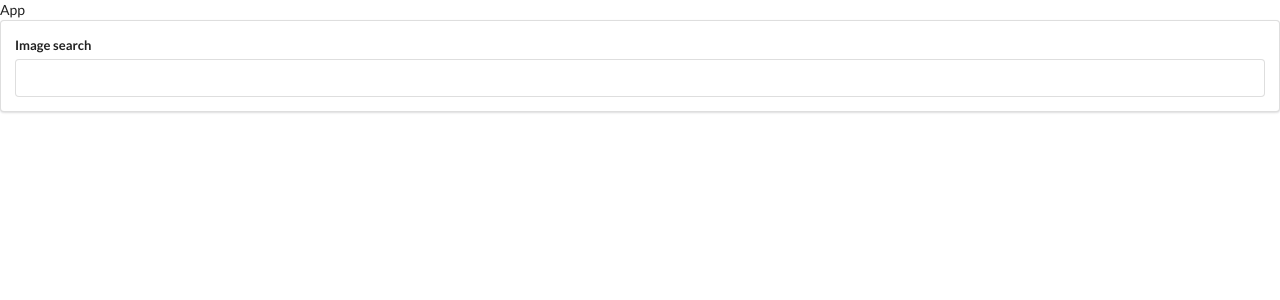
Repository: striver-69/Image-App
Page: /
An editor plug-in stored every save of this project. The page is shown before and after the next save, followed by the edit.
The browser window is 1280 px wide. The pictures show the whole page.
The project was rebuilt for these pictures with package versions that can differ from the ones it lists, and the page was loaded fresh each time.

Above is the page before, as saved 2021-03-03 01:36:41.

After the next save:
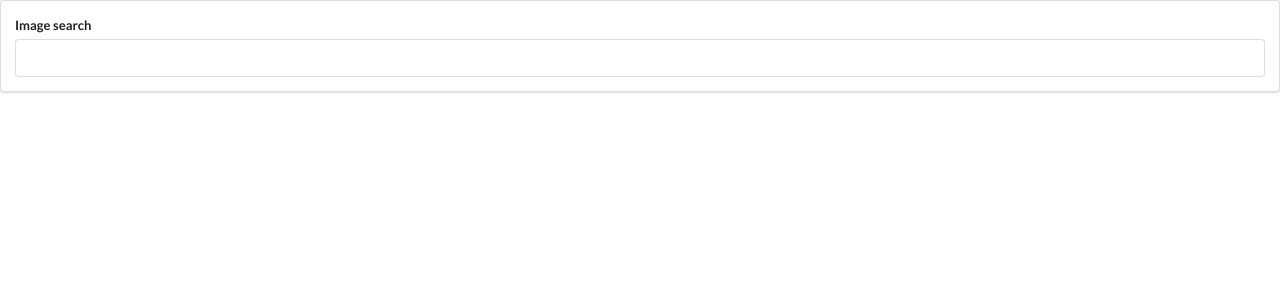
Saved 10 s later.
--- a/src/components/App.js
+++ b/src/components/App.js
@@ -4,7 +4,6 @@ import SearchBar from './SearchBar'
 export default function App() {
   return (
     <div>
-      App
       <SearchBar/>
     </div>
   )
